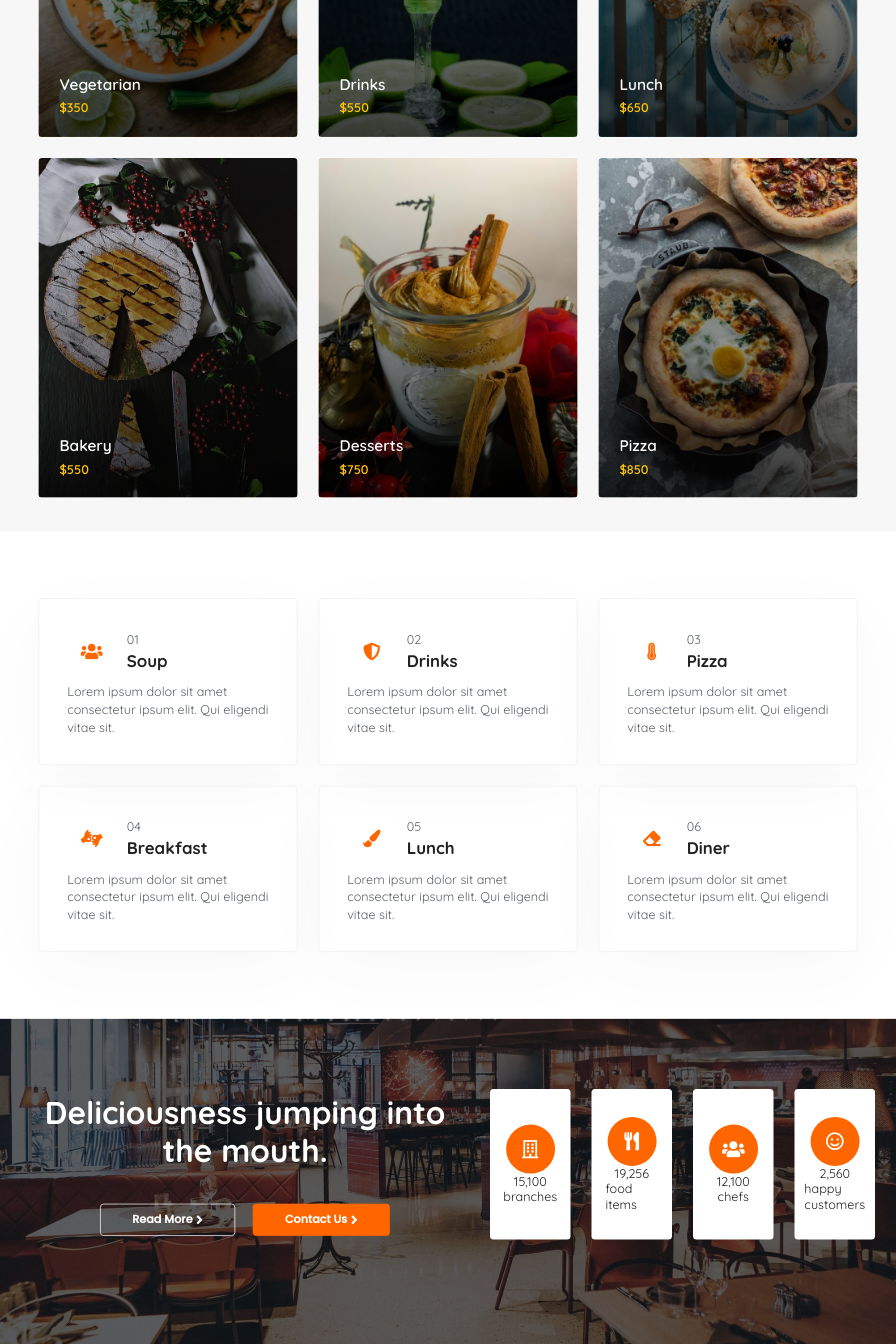
Repository: baobaodeveloper/bootscap21_project_AnhBao_VietToan_VietDuc
Page: index.html
These files come from the project's save history. The page is drawn as it stood at one moment and after the next save; the edit follows.
The browser window is 1280 px wide. The pictures show the part of the page from y = 2042 to 3962 px (the page is 3962 px tall), at 70% of full size.
Backgrounds fixed to the window are drawn as part of the page.

Above is the page before, as saved 2022-03-04 09:13:03.

### index.html
<!DOCTYPE html>
<html lang="en">
  <head>
    <meta charset="UTF-8" />
    <meta http-equiv="X-UA-Compatible" content="IE=edge" />
    <meta name="viewport" content="width=device-width, initial-scale=1.0" />

    <!-- fontawesome link cdn -->
    <link
      rel="stylesheet"
      href="https://cdnjs.cloudflare.com/ajax/libs/font-awesome/5.15.4/css/all.min.css"
      integrity="sha512-1ycn6IcaQQ40/MKBW2W4Rhis/DbILU74C1vSrLJxCq57o941Ym01SwNsOMqvEBFlcgUa6xLiPY/NS5R+E6ztJQ=="
      crossorigin="anonymous"
      referrerpolicy="no-referrer"
    />

    <!-- font -->
    <link rel="preconnect" href="https://fonts.googleapis.com" />
    <link rel="preconnect" href="https://fonts.gstatic.com" crossorigin />
    <link
      href="https://fonts.googleapis.com/css2?family=Pacifico&family=Poppins:wght@300;400;500&family=Quicksand:wght@300;400;500;600;700&display=swap"
      rel="stylesheet"
    />

    <link rel="stylesheet" href="style.css" />
    <title>Diner</title>
  </head>
  <body>
    <header class="header">
      <div class="header__wrapper container">
        <div class="header__top">
          <a class="header__logo" href="#">Diner</a>

          <div class="header__navbar">
            <form class="navbar__search">
              <input type="search" placeholder="Search here..." id="search" />
              <label for="search" class="fas fa-search"></label>
            </form>

            <div class="mode__container">
              <i class="fas fa-sun" id="dark"></i>
              <i class="fas fa-moon" id="light"></i>
            </div>

            <div class="fa fa-bars" id="menu-button"></div>
          </div>

          <nav class="navbar__list">
            <i class="fas fa-times" id="close-button"></i>
            <a href="#">home</a>
            <a href="#">about</a>
            <a href="#">services</a>
            <a href="#">blogs</a>
            <a href="#">404</a>
            <a href="#">landing page</a>
            <a href="#">contact</a>
            <a href="#">shot codes</a>
            <a href="#">email</a>
          </nav>
        </div>

        <div class="header__content">
          <h2>the only thing we love more than food is you!</h2>
          <p>
            Lorem ipsum dolor sit amet consectetur ipsum elit. Qui eligendi
            vitae sit.Ea ipsum sed consequuntur illum facere.
          </p>
          <a href="#" class="btn"
            >read more <i class="fas fa-angle-right"></i
          ></a>
        </div>
      </div>
    </header>

    <section class="about container pad-med">
      <div class="heading">
        <span>about us</span>
        <h3>We found our creative space that is open for you.</h3>
      </div>

      <div class="text">
        <p>
          Lorem ipsum viverra feugiat. Pellen tesque libero ut justo, ultrices
          in ligula. Semper at tempufddfel. Lorem ipsum dolor sit amet elit. Non
          quae, fugiat nihil ad. Lorem ipsum dolor sit amet. Lorem ipsum init
          dolor sit, amet elit. Dolor ipsum non velit, culpa!Lorem ipsum init
          dolor sit.
        </p>

        <p>
          Lorem ipsum viverra feugiat. Pellen tesque libero ut justo, ultrices
          in ligula. Semper at tempufddfel. Lorem ipsum dolor sit amet elit. Non
          quae, fugiat nihil ad. Lorem ipsum dolor sit amet.
        </p>
      </div>
    </section>

    <section class="restaurant">
      <div class="restaurant__img">
        <img src="./image/banner3.jpg" alt="#" />
      </div>

      <div class="restaurant__content">
        <div class="heading">
          <span>more than 3000 restaurant</span>
          <h3>Book a table easly at the best price</h3>
        </div>

        <div class="text">
          <p>
            Vestibulum ante ipsum primis in faucibus orci luctus turpis sodales
            quis. Integer sit amet mattis quam.Vivamus a ligula quam tesque et
            libero ut justo ultrices in.
          </p>
        </div>

        <div class="restaurant__best">
          <div class="best__item">
            <i class="fas fa-thumbs-up"></i>
            <h4>best deals</h4>
            <p class="text">
              Lorem ipsum viverra feugiat. Pellen tesque libero justo.
            </p>
          </div>

          <div class="best__item">
            <i class="fas fa-utensils"></i>
            <h4>best food</h4>
            <p class="text">
              Lorem ipsum viverra feugiat. Pellen tesque libero justo.
            </p>
          </div>
        </div>
      </div>
    </section>

    <section class="categories-wrapper">
      <div class="categories container pad-med">
        <div class="heading text-align pad-med">
          <span>what's new</span>
          <h3>popular categories</h3>
        </div>

        <div class="categories__list">
          <div class="categories__item">
            <div class="categories__img">
              <img src="./image/g1.jpg" alt="" />
            </div>
            <div class="categories__info">
              <span class="categories__name"> vegetarian </span>
              <span class="categories__price"> $350 </span>
            </div>
          </div>

          <div class="categories__item">
            <div class="categories__img">
              <img src="./image/g2.jpg" alt="" />
            </div>
            <div class="categories__info">
              <span class="categories__name"> drinks </span>
              <span class="categories__price"> $550 </span>
            </div>
          </div>

          <div class="categories__item">
            <div class="categories__img">
              <img src="./image/g3.jpg" alt="" />
            </div>
            <div class="categories__info">
              <span class="categories__name"> lunch </span>
              <span class="categories__price"> $650 </span>
            </div>
          </div>

          <div class="categories__item">
            <div class="categories__img">
              <img src="./image/g4.jpg" alt="" />
            </div>
            <div class="categories__info">
              <span class="categories__name"> bakery </span>
              <span class="categories__price"> $550 </span>
            </div>
          </div>

          <div class="categories__item">
            <div class="categories__img">
              <img src="./image/g5.jpg" alt="" />
            </div>
            <div class="categories__info">
              <span class="categories__name"> desserts </span>
              <span class="categories__price"> $750 </span>
            </div>
          </div>

          <div class="categories__item">
            <div class="categories__img">
              <img src="./image/g6.jpg" alt="" />
            </div>
            <div class="categories__info">
              <span class="categories__name"> pizza </span>
              <span class="categories__price"> $850 </span>
            </div>
          </div>
        </div>
      </div>
    </section>

    <section class="menu container pad-med">
      <div class="menu_list pad-med">
        <div class="menu__item">
          <div class="menu__header">
            <i class="fas fa-users"></i>
            <div class="menu__info">
              <span class="menu__number">01</span>
              <span class="menu__name">soup</span>
            </div>
          </div>

          <p class="menu__content">
            Lorem ipsum dolor sit amet consectetur ipsum elit. Qui eligendi
            vitae sit.
          </p>
        </div>

        <div class="menu__item">
          <div class="menu__header">
            <i class="fas fa-shield-alt"></i>
            <div class="menu__info">
              <span class="menu__number">02</span>
              <span class="menu__name">drinks</span>
            </div>
          </div>

          <p class="menu__content">
            Lorem ipsum dolor sit amet consectetur ipsum elit. Qui eligendi
            vitae sit.
          </p>
        </div>

        <div class="menu__item">
          <div class="menu__header">
            <i class="fas fa-thermometer-full"></i>
            <div class="menu__info">
              <span class="menu__number">03</span>
              <span class="menu__name">pizza</span>
            </div>
          </div>

          <p class="menu__content">
            Lorem ipsum dolor sit amet consectetur ipsum elit. Qui eligendi
            vitae sit.
          </p>
        </div>

        <div class="menu__item">
          <div class="menu__header">
            <i class="fas fa-american-sign-language-interpreting"></i>
            <div class="menu__info">
              <span class="menu__number">04</span>
              <span class="menu__name">breakfast</span>
            </div>
          </div>

          <p class="menu__content">
            Lorem ipsum dolor sit amet consectetur ipsum elit. Qui eligendi
            vitae sit.
          </p>
        </div>

        <div class="menu__item">
          <div class="menu__header">
            <i class="fas fa-paint-brush"></i>
            <div class="menu__info">
              <span class="menu__number">05</span>
              <span class="menu__name">lunch</span>
            </div>
          </div>

          <p class="menu__content">
            Lorem ipsum dolor sit amet consectetur ipsum elit. Qui eligendi
            vitae sit.
          </p>
        </div>

        <div class="menu__item">
          <div class="menu__header">
            <i class="fas fa-eraser"></i>
            <div class="menu__info">
              <span class="menu__number">06</span>
              <span class="menu__name">diner</span>
            </div>
          </div>

          <p class="text">
            Lorem ipsum dolor sit amet consectetur ipsum elit. Qui eligendi
            vitae sit.
          </p>
        </div>
      </div>
    </section>

    <section class="delicious">
      <div class="delicious-wrapper container">
        <h3>Deliciousness jumping into the mouth.</h3>

        <div class="delicious__btn">
          <a href="#" class="btn"
            >read more <i class="fas fa-angle-right"></i
          ></a>
          <a href="#" class="btn active"
            >contact us <i class="fas fa-angle-right"></i
          ></a>
        </div>
      </div>

      <div class="count">
        <div class="count-item">
          <i class="far fa-building"></i>
          <span class="count__number">15,100</span>
          <span class="count__name">branches</span>
        </div>

        <div class="count-item">
          <i class="fas fa-utensils"></i>
          <span class="count__number">19,256</span>
          <span class="count__name">food items</span>
        </div>

        <div class="count-item">
          <i class="fas fa-users"></i>
          <span class="count__number">12,100</span>
          <span class="count__name">chefs</span>
        </div>

        <div class="count-item">
          <i class="far fa-smile"></i>
          <span class="count__number">2,560</span>
          <span class="count__name">happy customers</span>
        </div>
      </div>
    </section>

    <script src="app.js"></script>
  </body>
</html>

### style.css
* {
  padding: 0;
  margin: 0;
  box-sizing: border-box;
}

:root {
  --primary-font: "Quicksand", sans-serif;
  --secondary-font: "Pacifico", cursive;
  --third-font: "Poppins", sans-serif;
  --primary-color: #ff6600;
  --title-color: #232121;
  --white-color: #fff;
  --text-color: #161c2db3;
  --price-color: #ffc600;
}

img {
  display: block;
  max-width: 100%;
}

button,
input {
  display: inline-block;
  border: none;

  font-family: var(--primary-font);
  font-size: 1.6rem;

  outline: none;
}

a {
  display: inline-block;
  text-decoration: none;
}

html {
  font-size: 62.5%;
}

.container {
  max-width: 1200px;
  margin: 0 auto;
  padding: 0 1.5rem;
}

body {
  color: var(--title-color);

  font-family: var(--primary-font);
  font-size: 1.8rem;
  line-height: 1.2;
}

.btn.active {
  background-color: var(--primary-color);
  border-color: var(--primary-color);
}
.btn:hover.active {
  background-color: var(--primary-color);
  color: var(--white-color);

  opacity: 0.7;
}

.pad-med {
  padding-top: 4.8rem;
  padding-bottom: 4.8rem;
}

.text-align {
  text-align: center;
}

.heading span {
  margin-bottom: 0.5rem;

  color: var(--primary-color);

  font-family: var(--secondary-font);
  font-size: 2rem;
  text-transform: capitalize;
}

.heading h3 {
  font-size: 3.8rem;
}

.text {
  color: var(--text-color);

  font-size: 1.8rem;
  line-height: 1.4;
}

.text p {
  margin: 2rem 0;
}

.btn {
  display: inline-flex;
  align-items: center;
  padding: 1.2rem 4.5rem;
  border-radius: 0.5rem;
  border: 1.5px solid var(--white-color);

  color: var(--white-color);
  background-color: transparent;

  font-family: var(--third-font);
  font-size: 1.6rem;
  text-transform: capitalize;
  font-weight: bold;

  transition: 0.4s linear;
}

.btn i {
  display: inline-block;
  margin-left: 0.5rem;

  font-size: 2rem;
}

.btn:hover {
  background-color: var(--white-color);
  color: var(--primary-color);
}

/* header section starts */
#dark {
  display: none;
}

.header {
  background-image: linear-gradient(to right, #ff6600, hsl(30deg 100% 1% / 20%)),
    url(./image/banner1.jpg);

  background-size: cover;
  background-repeat: no-repeat;
  background-attachment: fixed;

  min-height: 70vh;
}

.header__top {
  display: flex;
  justify-content: space-between;
  padding-top: 4rem;
  padding-bottom: 2rem;
}

.header__logo {
  color: var(--white-color);

  font-size: 3.3rem;
  font-weight: bold;
}

.navbar__search {
  position: relative;
}

.navbar__search input {
  padding: 1rem 5rem 1rem 2rem;

  border-radius: 0.5rem;

  color: var(--text-color);
}

.navbar__search label {
  position: absolute;
  top: 50%;
  right: 2.5rem;

  transform: translate(50%, -50%);

  font-size: 1.5rem;

  cursor: pointer;
}

.header__navbar {
  display: flex;
  justify-content: space-between;
  align-items: center;
  gap: 2rem;
}

.mode__container,
#menu-button {
  color: var(--white-color);

  cursor: pointer;
}

.mode__container {
  font-size: 2.4rem;
}

#menu-button {
  font-size: 3.1rem;
}

.header__content {
  max-width: 60rem;
  margin-top: 10rem;

  color: var(--white-color);
}

.header__content h2 {
  font-size: 5.4rem;

  text-transform: capitalize;
}

.header__content p {
  margin: 2.4rem 0 4.8rem;

  font-size: 1.6rem;
  line-height: 1.6;
}

.navbar__list {
  position: fixed;
  top: 0;
  left: 0;
  width: 100vw;
  height: 100vh;
  z-index: 20;

  display: flex;
  flex-direction: column;
  align-items: center;
  justify-content: center;

  visibility: hidden;
  opacity: 0;
  transform: scale(0.9);

  background-color: rgb(6 3 0 / 77%);

  transition: transform 0.3s, opacity 0.9s, visibility 0s 0.4s;
}

.navbar__list.active {
  visibility: visible;
  opacity: 1;
  transform: scale(1);

  transition: transform 0.4s, opacity 0.4s;
}

.navbar__list a {
  margin: 1.5rem 0;

  color: var(--white-color);

  text-transform: capitalize;
  font-family: var(--third-font);
  font-size: 2rem;
  font-weight: 600;

  transition: 0.2s linear;
}

.navbar__list a:hover {
  color: var(--primary-color);
}

#close-button {
  position: absolute;
  top: 3rem;
  right: 3rem;
  z-index: 25;

  width: 3.5rem;
  height: 3.5rem;
  border-radius: 0.5rem;

  color: var(--white-color);
  background-color: var(--primary-color);

  line-height: 3.5rem;
  text-align: center;
  font-size: 1.6rem;

  cursor: pointer;
}

/* header section ends */

/* about section starts */
.about {
  display: flex;
  gap: 6rem;
  flex-wrap: wrap;
}

.about .heading {
  width: calc(40% - 3rem);
}

.about .text {
  width: calc(60% - 3rem);
}

/* about section ends */

/* restaurant section starts */
.restaurant {
  display: flex;
  justify-content: space-between;
  flex-wrap: wrap;
}

.restaurant__img {
  position: relative;

  width: 50%;
}
.restaurant__img::before {
  content: "";
  position: absolute;
  width: 100%;
  height: 100%;
  top: 0;
  left: 0;
  z-index: 4;

  background-color: rgb(16 15 19 / 46%);
}

.restaurant__img img {
  width: 100%;
  height: 100%;
  object-fit: cover;
}

.restaurant__content {
  padding: 10rem 8rem;
  width: 50%;

  background-color: var(--primary-color);
}

.restaurant__content .heading span {
  color: var(--white-color);
}

.restaurant__content .text {
  color: #ffdfc9;
}

.restaurant__best {
  margin-top: 3rem;
  display: flex;
  justify-content: space-between;
  gap: 2rem;
}

.best__item {
  width: 50%;
}
.best__item i {
  display: inline-block;
  width: 7rem;
  height: 7rem;
  border-radius: 0.5rem;

  color: var(--primary-color);
  background-color: var(--white-color);

  line-height: 7rem;
  text-align: center;
  font-size: 2.5rem;
}

.best__item h4 {
  margin: 1.5rem 0;

  text-transform: capitalize;
  font-family: var(--third-font);
  font-size: 2rem;
}
/* restaurant section ends */

/* categories section starts */
.categories-wrapper {
  background-color: #f7f7f7;
}

.categories__list {
  display: grid;
  grid-template-columns: repeat(auto-fill, minmax(30rem, 1fr));
  grid-gap: 3rem;
}

.categories__img {
  width: 100%;
}

.categories__item {
  position: relative;

  border-radius: 0.5rem;
  overflow: hidden;
}

.categories__item::before {
  content: "";
  position: absolute;
  inset: 0;
  z-index: 1;
  background: linear-gradient(
    to bottom,
    rgba(0, 0, 0, 0) 0,
    rgba(0, 0, 0, 0.53) 69%,
    rgba(0, 0, 0, 0.76) 100%
  );
}

.categories__info {
  position: absolute;
  bottom: 3rem;
  left: 3rem;
  z-index: 3;
}

.categories__name {
  display: block;
  margin-bottom: 1rem;

  color: var(--white-color);

  text-transform: capitalize;
  font-size: 2.2rem;
  font-weight: 600;
}

.categories__price {
  color: var(--price-color);

  font-size: 1.8rem;
  font-weight: 600;
}

.categories__img img {
  width: 100%;
  height: 100%;
  object-fit: cover;

  transition: 0.3s linear;
}

.categories__item:hover img {
  opacity: 0.8;
}
/* categories section ends */

/* menu section starts */
.menu_list {
  display: grid;
  grid-template-columns: repeat(auto-fill, minmax(30rem, 1fr));
  grid-gap: 3rem;
}

.menu__item {
  border: 1px solid #eee;
  border-radius: 0.5rem;
  padding: 4rem;

  box-shadow: 0 25px 98px 0 rgb(0 0 0 / 3%);

  transition: 0.3s linear;
}

.menu__header {
  display: flex;
  gap: 1.5rem;
  align-items: center;
  margin-bottom: 1rem;
}

.menu__number {
  display: block;
  margin-bottom: 0.5rem;

  color: var(--text-color);
}

.menu__name {
  font-size: 2.4rem;
  font-weight: bold;
  text-transform: capitalize;

  transition: 0.3s linear;

  cursor: pointer;
}

.menu__name:hover {
  color: var(--primary-color);
}

.menu__header i {
  display: flex;
  justify-content: center;
  align-items: center;
  width: 7rem;
  height: 7rem;
  border-radius: 0.5rem;

  color: var(--primary-color);
  background-color: var(--white-color);

  font-size: 2.5rem;

  transition: 0.3s linear;
}

.menu__item:hover .menu__header i {
  background-color: var(--primary-color);
  color: var(--white-color);
}

.menu__item:hover {
  box-shadow: 0 25px 98px 0 rgb(0 0 0 / 10%);
}

.menu__item p {
  color: var(--text-color);

  line-height: 1.4;
}
/* menu section ends */

/* delicious section starts */
.delicious {
  padding: 10rem 0 15rem;
  display: flex;
  justify-content: center;
  align-items: center;

  background-image: linear-gradient(
      to right,
      rgb(16 15 19 / 66%),
      rgb(16 15 19 / 66%)
    ),
    url(./image/banner2.jpg);
  background-position: center;
  background-size: cover;
  background-repeat: no-repeat;
}

.delicious-wrapper {
  max-width: 70rem;
  padding: 0 5rem;

  text-align: center;
}

.delicious__btn .btn {
  margin: 0 1rem;
}

.delicious h3 {
  margin-bottom: 5rem;

  color: var(--white-color);

  font-size: 4.5rem;
}

.count {
  display: flex;
  gap: 3rem;
}

.count-item {
  width: calc(25% - 3rem);
  border-radius: 0.5rem;
  padding: 4rem 2rem;
  display: flex;
  flex-direction: column;
  justify-content: center;
  align-items: center;

  background-color: var(--white-color);
}

.count-item i {
  display: flex;
  justify-content: center;
  align-items: center;
  width: 7rem;
  height: 7rem;
  border-radius: 50%;

  background-color: var(--primary-color);
  color: var(--white-color);

  font-size: 2.6rem;
}
/* delicious section ends */

/* media query */
@media screen and (max-width: 1200px) {
  .restaurant__img,
  .restaurant__content {
    width: 100%;
  }

  .restaurant__content {
    text-align: center;
  }

  .best__item {
    display: flex;
    flex-direction: column;
    justify-content: center;
    align-items: center;
  }

  .categories__list {
    grid-gap: 1.5rem;
  }
}

@media screen and (max-width: 991px) {
  .header {
    background-position: center;

    min-height: 60vh;
  }

  .about {
    gap: 0rem;
  }

  .about .heading {
    text-align: center;
  }

  .about .heading,
  .about .text {
    width: 100%;
  }

  .categories__item {
    max-height: 50rem;
  }
}

@media screen and (max-width: 767px) {
  html {
    font-size: 55%;
  }

  .header {
    min-height: 50vh;
  }

  .restaurant__content {
    padding: 3rem 2rem;
  }

  .categories.pad-med {
    padding-top: 1rem;
  }
}

### app.js
const menuBtn = document.getElementById("menu-button");
const navList = document.querySelector(".navbar__list");
const closBtn = document.getElementById("close-button");
menuBtn.addEventListener("click", () => {
  navList.classList.add("active");
});

closBtn.addEventListener("click", () => {
  navList.classList.remove("active");
});

After the next save:
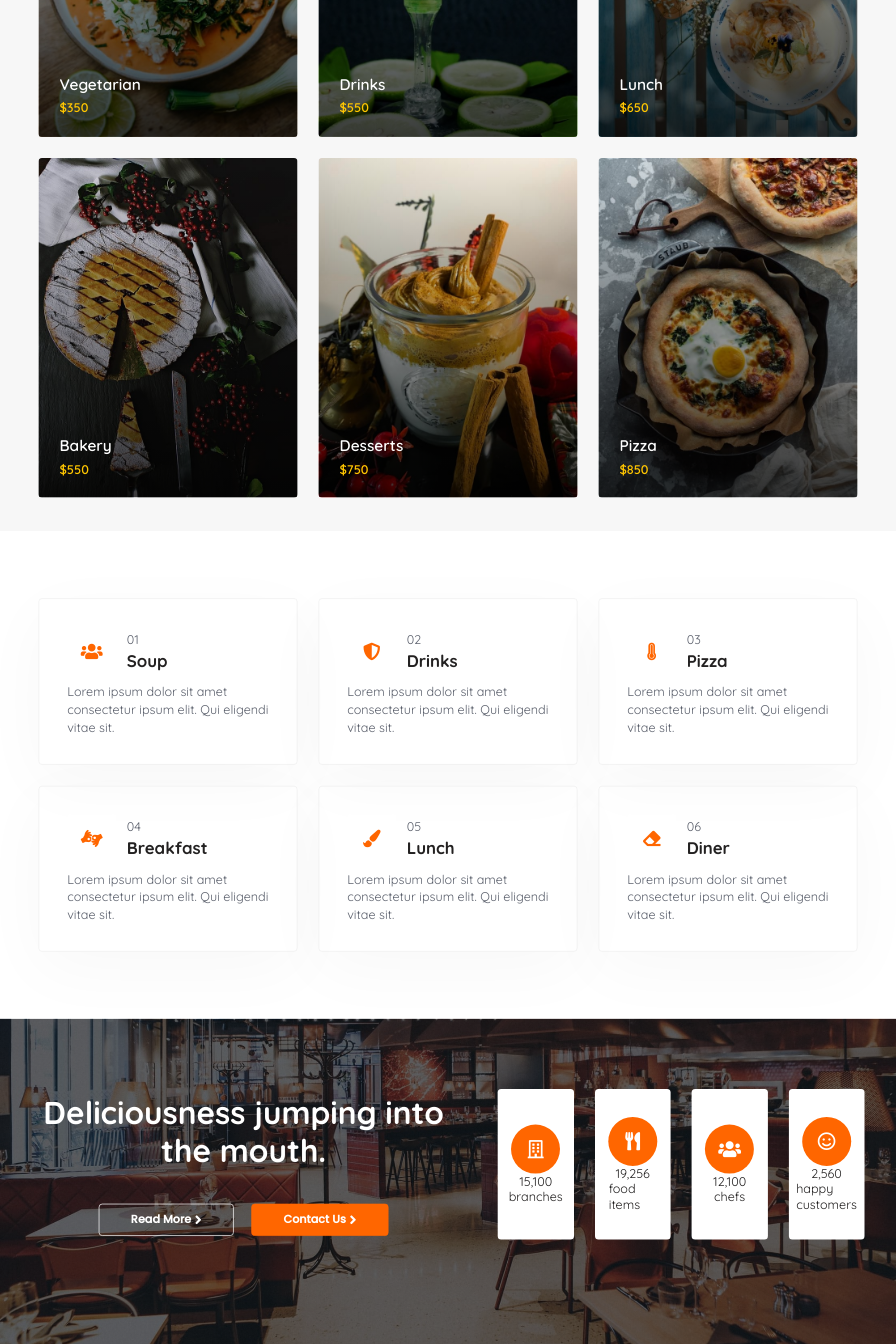
Saved 5 s later.
--- a/index.html
+++ b/index.html
@@ -313,7 +313,7 @@
         </div>
       </div>
 
-      <div class="count">
+      <div class="count container">
         <div class="count-item">
           <i class="far fa-building"></i>
           <span class="count__number">15,100</span>
